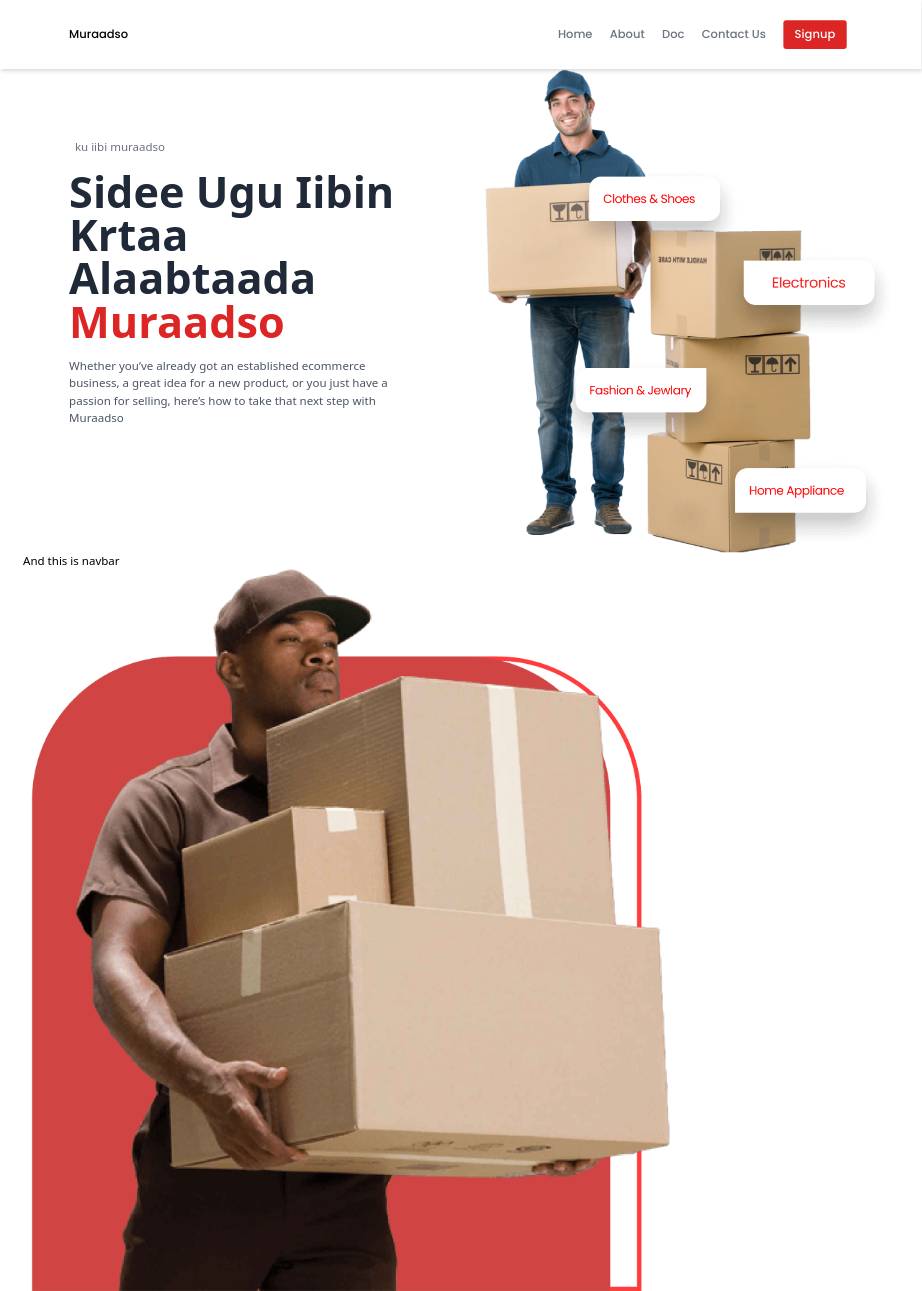
Repository: muraadso/Muraadso-Sellers
Page: /
These files come from the project's save history. The page is drawn as it stood at one moment and after the next save; the edit follows.
The browser window is 1280 px wide. The pictures show the whole page, at 72% of full size.
The project was rebuilt for these pictures with package versions that can differ from the ones it lists, and the page was loaded fresh each time. The framework's server and built-in components were replaced by stand-ins that run in the browser. Also part of the build but not shown: next.config.js.

Above is the page before, as saved 2021-12-05 19:33:13.

After the next save:
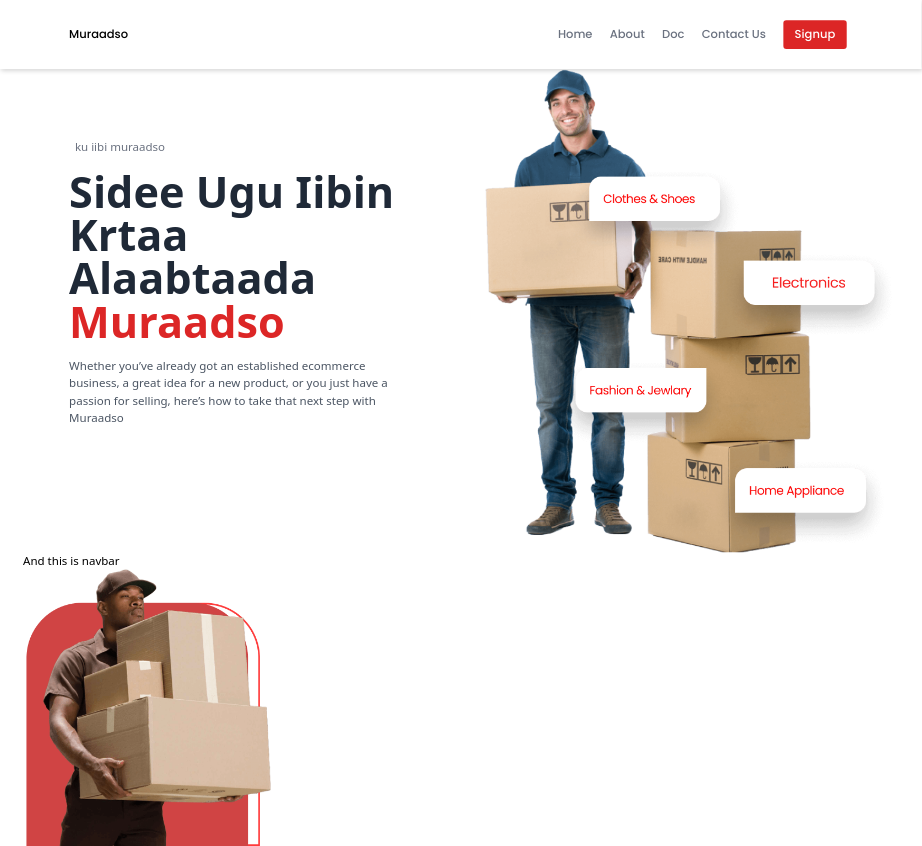
Saved 4 s later.
--- a/components/About.jsx
+++ b/components/About.jsx
@@ -3,7 +3,7 @@ const About = () => {
     return (
         <div>
             <h2>And this is navbar</h2>
-            <img src="/images/aboutimage.png" className="h-" alt="about image" />
+            <img src="/images/aboutimage.png" className="h-96" alt="about image" />
         </div>
     )
 }
